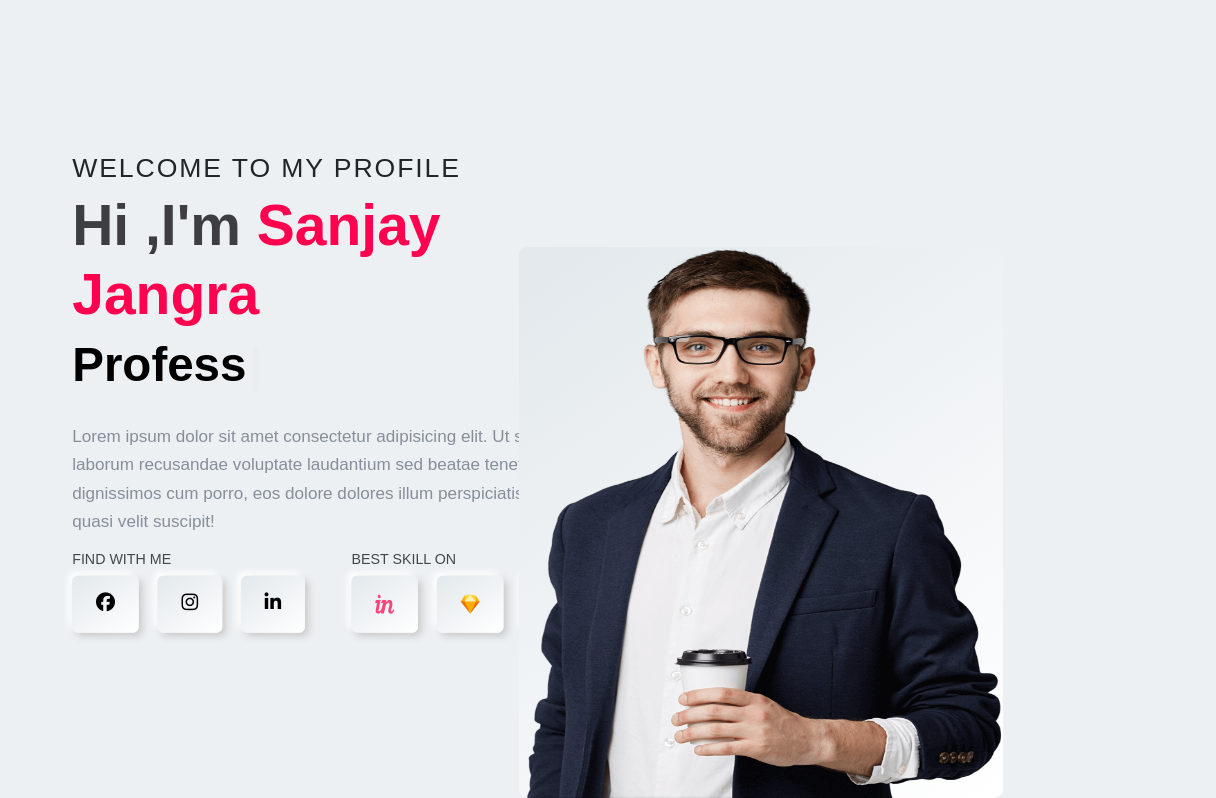
Repository: Sanjayjangra88/PortFolio
Page: /
An editor plug-in stored every save of this project. The page is shown before and after the next save, followed by the edit.
The browser window is 1280 px wide. The pictures show the whole page, at 95% of full size.
Some web libraries are served in a nearby version. The project was rebuilt for these pictures with package versions that can differ from the ones it lists, and the page was loaded fresh each time. Also part of the build but not shown: src/Components/Header/Header.jsx.

Above is the page before, as saved 2022-09-10 21:11:24.

### public/index.html
<!DOCTYPE html>
<html lang="en">
  <head>
    <meta charset="utf-8" />
    <link rel="icon" href="%PUBLIC_URL%/favicon.ico" />
    <meta name="viewport" content="width=device-width, initial-scale=1" />
    <meta name="theme-color" content="#000000" />
    <meta
      name="description"
      content="Web site created using create-react-app"
    />
    <link rel="apple-touch-icon" href="%PUBLIC_URL%/logo192.png" />
    <!--
      manifest.json provides metadata used when your web app is installed on a
      user's mobile device or desktop. See https://developers.google.com/web/fundamentals/web-app-manifest/
    -->
    <link rel="manifest" href="%PUBLIC_URL%/manifest.json" />
    <link rel="stylesheet" href="https://cdnjs.cloudflare.com/ajax/libs/font-awesome/6.1.1/css/all.min.css" integrity="sha512-KfkfwYDsLkIlwQp6LFnl8zNdLGxu9YAA1QvwINks4PhcElQSvqcyVLLD9aMhXd13uQjoXtEKNosOWaZqXgel0g==" crossorigin="anonymous" referrerpolicy="no-referrer" />

    <!--
      Notice the use of %PUBLIC_URL% in the tags above.
      It will be replaced with the URL of the `public` folder during the build.
      Only files inside the `public` folder can be referenced from the HTML.

      Unlike "/favicon.ico" or "favicon.ico", "%PUBLIC_URL%/favicon.ico" will
      work correctly both with client-side routing and a non-root public URL.
      Learn how to configure a non-root public URL by running `npm run build`.
    -->

    <link rel="manifest" href="%PUBLIC_URL%/manifest.json" />
    <link href="https://cdn.jsdelivr.net/npm/bootstrap@5.0.2/dist/css/bootstrap.min.css" rel="stylesheet" integrity="sha384-EVSTQN3/azprG1Anm3QDgpJLIm9Nao0Yz1ztcQTwFspd3yD65VohhpuuCOmLASjC" crossorigin="anonymous">
    <title>React App</title>
  </head>
  <body>
    <noscript>You need to enable JavaScript to run this app.</noscript>
    <div id="root"></div>
    <script src="https://kit.fontawesome.com/7578c5a215.js" crossorigin="anonymous"></script>
    <!--
      This HTML file is a template.
      If you open it directly in the browser, you will see an empty page.

      You can add webfonts, meta tags, or analytics to this file.
      The build step will place the bundled scripts into the <body> tag.

      To begin the development, run `npm start` or `yarn start`.
      To create a production bundle, use `npm run build` or `yarn build`.
    -->

    <script src="https://cdn.jsdelivr.net/npm/@popperjs/core@2.9.2/dist/umd/popper.min.js" integrity="sha384-IQsoLXl5PILFhosVNubq5LC7Qb9DXgDA9i+tQ8Zj3iwWAwPtgFTxbJ8NT4GN1R8p" crossorigin="anonymous"></script>
<script src="https://cdn.jsdelivr.net/npm/bootstrap@5.0.2/dist/js/bootstrap.min.js" integrity="sha384-cVKIPhGWiC2Al4u+LWgxfKTRIcfu0JTxR+EQDz/bgldoEyl4H0zUF0QKbrJ0EcQF" crossorigin="anonymous"></script>
  </body>
</html>

### src/App.js
import React from 'react'
import Header from './Components/Header/Header';
import "./App.css"
import Home from './Components/Home/Home';
const App = () => {
  return (
    <>
      {/* <Header/> */}
      <Home/>
    </>
  )
}

export default App

### src/App.css
@import url('https://fonts.googleapis.com/css2?family=Dancing+Script&family=EB+Garamond:ital,wght@1,500&family=Roboto+Slab:wght@300&display=swap');
* {
  padding: 0;
  margin: 0;
  box-sizing: border-box;
}
html {
  scroll-behavior: smooth;
}
body {
  font-family: "Poppins", sans-serif;
  background-color: #ecf0f3;
}
.container {
  max-width: 95%;
  margin: auto;
}
.d_flex {
  display: flex;
  justify-content: space-between;
}
.f_flex {
  display: flex;
}
a {
  text-decoration: none;
  color: black;
}
li {
  list-style: none;
}
.uppercase {
  text-transform: uppercase;
}
.capitalize {
  text-transform: capitalize;
}

button {
  border: none;
  outline: none;
  background-color: none;
}

.btn_shadow {
  padding: 18px 25px;
  border-radius: 6px;
  transition: 0.3s all ease;
  cursor: pointer;
  color: #000;
  transition: 0.5s;
}
.btn_shadow {
  background: linear-gradient(145deg, #e2e8ec, #ffffff);
  box-shadow: 4px 4px 8px #cbcbcb, -4px -4px 8px #ffffff;
}
.btn_shadow:hover {
  background: #ff014f;
  color: white;
  transform: translateY(-10px);
}
.box_shodow {
  background: linear-gradient(145deg, #e2e8ec, #ffffff);
  box-shadow: 4px 4px 8px #cbcbcb, -4px -4px 8px #ffffff;
  border-radius: 10px;
}
.row,
.left,
.right {
  width: 50%;
}
.top {
  margin-top: 80px;
}
.mtop {
  margin-top: 40px;
}
.heading {
  margin: 50px 0 50px 0;
}
.heading h4 {
  color: #ff014f;
  letter-spacing: 2px;
  font-weight: 400;
}
.heading h1 {
  font-size: 60px;
  color: #3c3e41;
}
h1 {
  color: #3c3e41;
}
.grid {
  display: grid;
  grid-template-columns: repeat(3, 1fr);
  grid-gap: 35px;
}
p {
  color: #3c3e41;
}
.text-center {
  text-align: center;
}
.primary_color {
  color: #ff014f;
}
textarea,
input {
  width: 100%;
  padding: 20px;
  border-radius: 5px;
  outline: none;
  border: 3px solid #e2e8ec;
  margin-bottom: 20px;
}
/*----------Footer---------*/
footer {
  margin: 20% 0 10% 0;
}
footer p {
  margin-top: 30px;
}
/*----------Footer---------*/
@media (max-width: 768px) {
  .grid {
    grid-template-columns: repeat(2, 1fr);
  }
  .left,
  .right {
    width: 100%;
  }
  }

### src/Components/Home/Home.jsx
import React from 'react'
import skill1 from '../Pic/skill1.png'
import skill2 from '../Pic/skill2.png'
import skill3 from '../Pic/skill3.png'
import hero from '../Pic/hero.png'
import './home.css'
import { Typewriter} from 'react-simple-typewriter'

const Home = () => {
  return (
    <>
      <section className='hero'id='home'>
        <div className="container f_flex top">
            <div className="left top">
                <h3>WELCOME TO MY PROFILE</h3>
                <h1>Hi ,I'm <span>Sanjay Jangra</span></h1>
                <h2>
                    <span>
                    <Typewriter
            words={['Web Developer', 'Professional Coder']}
            loop
            cursor
            cursorStyle='|'
            typeSpeed={70}
            deleteSpeed={50}
            delaySpeed={1000}
            // onLoopDone={handleDone}
            // onType={handleType}
            />
                        </span></h2>
                        <p>
Lorem ipsum dolor sit amet consectetur adipisicing elit. Ut sint a laborum recusandae voluptate laudantium sed beatae tenetur dignissimos cum porro, eos dolore dolores illum perspiciatis. Vero quasi velit suscipit!
                        </p>
                        <div className='hero_btn d_flex'>
                            <div className="col_1">
                                <h4>FIND WITH ME</h4>
                                <div className="button">
                                    <button className='btn_shadow'>
                                        <i className='fab fa-facebook'></i>
                                    </button>
                                    <button className='btn_shadow'>
                                        <i className='fab fa-instagram'></i>
                                    </button>
                                    <button className='btn_shadow'>
                                        <i className='fab fa-linkedin-in'></i>
                                    </button>
                                </div>
                            </div>
                            <div className="col_1">
                                <h4>BEST SKILL ON</h4>
                                <button className='btn_shadow'>
                                        <img src={skill1}alt=''/>
                                    </button>
                                <button className='btn_shadow'>
                                        <img src={skill2}alt=''/>
                                    </button>
                                <button className='btn_shadow'>
                                        <img src={skill3}alt=''/>
                                    </button>
                            </div>
                        </div>
            </div>
            <div className="right">
                <div className="right_img">
                    <img src={hero}alt=''/>
                </div>
            </div>
        </div>
      </section>
    </>
  )
}

export default Home

### src/Components/Header/header.css

*,
*::after,
*::before{
    box-sizing: border-box;
    padding: 0;
    margin: 0;
}

.html{
    font-size: 62.5%;
}

.navbar input[type="checkbox"],
.navbar .hamburger-lines{
    display: none;
}

.container{
    max-width: 1200px;
    width: 90%;
    margin: auto;
}

.navbar{
    box-shadow: 0px 5px 10px 0px #aaa;
    position: fixed;
    width: 100%;
    background: #FAA7B8;
    color: #000;
    opacity: 0.85;
    z-index: 100;
}

.navbar-container{
    display: flex;
    justify-content: space-between;
    height: 64px;
    align-items: center;
}

.menu-items{
    margin-top: 15px;
    order: 2;
    display: flex;
}
.logo{
    order: 1;
    font-size: 2.3rem;
    margin-bottom: 5px;
}

.menu-items li{
    list-style: none;
    margin-left: 1.5rem;
    font-size: 1.3rem;
}

.navbar a{
    color: #444;
    text-decoration: none;
    font-weight: 500;
    transition: color 0.3s ease-in-out;
}

.navbar a:hover{
    color: #117964;
}
.home-btn:hover {
  background: #ff014f;
  color: white;
}


.home-btn {
  padding: 18px 25px;
  height: 1vh;
  line-height: 1vh;
  font-size: 13px;
  border-radius: 6px;
  transition: 0.3s all ease;
  cursor: pointer;
  height: fit-content;
  color: #ff014f;

}
.home-btn {
  background: linear-gradient(145deg, #e2e8ec, #ffffff);
  box-shadow: 4px 4px 8px #cbcbcb, -4px -4px 8px #ffffff;
}
navbar {
  transition: 0.5s;
  font-size: 13px;
  font-weight: 500;
  letter-spacing: 2px;
}





@media (max-width: 900px){
    .navbar{
        opacity: 0.95;
    }

    .navbar-container input[type="checkbox"],
    .navbar-container .hamburger-lines{
        display: block;
    }

    .navbar-container{
        display: block;
        position: relative;
        height: 64px;
    }

    .navbar-container input[type="checkbox"]{
        position: absolute;
        display: block;
        height: 32px;
        width: 30px;
        top: 20px;
        left: 20px;
        z-index: 5;
        opacity: 0;
        cursor: pointer;
    }

    .navbar-container .hamburger-lines{
        display: block;
        height: 28px;
        width: 35px;
        position: absolute;
        top: 20px;
        left: 20px;
        z-index: 2;
        display: flex;
        flex-direction: column;
        justify-content: space-between;
    }

    .navbar-container .hamburger-lines .line{
        display: block;
        height: 4px;
        width: 100%;
        border-radius: 10px;
        background: #333;
    }

    .navbar-container .hamburger-lines .line1{
        transform-origin: 0% 0%;
        transition: transform 0.3s ease-in-out;
    }

    .navbar-container .hamburger-lines .line2{
        transition: transform 0.2s ease-in-out;
    }

    .navbar-container .hamburger-lines .line3{
        transform-origin: 0% 100%;
        transition: transform 0.3s ease-in-out;
    }

    .navbar .menu-items{
        padding-top: 100px;
        background: #fff;
        height: 100vh;
        max-width: 300px;
        transform: translate(-150%);
        display: flex;
        flex-direction: column;
        margin-left: -40px;
        padding-left: 40px;
        transition: transform 0.5s ease-in-out;
        box-shadow:  5px 0px 10px 0px #aaa;
        overflow: scroll;
    }

    .navbar .menu-items li{
        margin-bottom: 1.8rem;
        font-size: 1.1rem;
        font-weight: 500;
    }

    .logo{
        position: absolute;
        top: 10px;
        right: 15px;
        font-size: 2.5rem;

    }

    .navbar-container input[type="checkbox"]:checked ~ .menu-items{
        transform: translateX(0);
    }

    .navbar-container input[type="checkbox"]:checked ~ .hamburger-lines .line1{
        transform: rotate(45deg);
    }

    .navbar-container input[type="checkbox"]:checked ~ .hamburger-lines .line2{
        transform: scaleY(0);
    }

    .navbar-container input[type="checkbox"]:checked ~ .hamburger-lines .line3{
        transform: rotate(-45deg);
    }
    .home-btn:hover {
      background: #ff014f;
      color: white;

    }


    .home-btn {
      padding: 18px 25px;
      height: 1vh;
      line-height: 1vh;
      font-size: 13px;
      border-radius: 6px;
      transition: 0.3s all ease;
      cursor: pointer;
      height: fit-content;
      color: #ff014f;
      margin-right: 25px;

    }
    .home-btn {
      background: linear-gradient(145deg, #e2e8ec, #ffffff);
      box-shadow: 4px 4px 8px #cbcbcb, -4px -4px 8px #ffffff;
    }

}

@media (max-width: 500px){
    .navbar-container input[type="checkbox"]:checked ~ .logo{
        display: none;
    }
}
.demo{
  height: 300vh;
}

### src/Components/Home/home.css
.hero{
    position: relative;

}
.hero h3{
    font-weight: 100;
    letter-spacing: 2px;
}
.hero h1{
    font-size: 60px;
    font-weight: bold;
}
.hero h1 span{
    color: #ff014f;
}
.hero h2{
    font-size: 50px;
    font-weight: bold;
    color: #ff014f;
}
.hero h2 span{
    color: black;
}
.hero p{
    color:#878e99;
    font-size: 18px;
    line-height: 30px;
    margin-top: 30px;
}
/* .hero_btn{
    <element class="hero_btn">
    Selector Specificity:(0,1,0)
} */

.hero_btn h4{
    font-weight: 500;
    letter-spacing: px;
    color: #43474b;
    font-size: 15px;
    margin: 30pz 0 30px 0;

}
.hero_btn button{
    margin-right: 20px;
}
.hero_btn i{
    font-size: 20px;
}
.hero_btn button img{
    width: 20px;
    height: 20px;
   }
   .hero .left{
    margin-right: 10px;
   }
.hero .right{
    width: 40%;
    position: relative;
    }
.hero .right img{
    background: linear-gradient(145deg ,#e2e8ec , #ffffff);
    box-shadow: 4px 4px 8px #cbcbcb .4ox -4px 8px #ffffff;
    border-radius: 10px;
    height: 580px;
    width: 510px;
    margin-top: 40%;
    margin-left: 40%;
}
.hero .right_img img{
    position: absolute;
    top: 0;
    right: 10%;
    width: 510px;
    margin-left: 50px;
}

Loaded but not shown: src/index.js (common file); src/index.css (common file); src/reportWebVitals.js (common file)

After the next save:
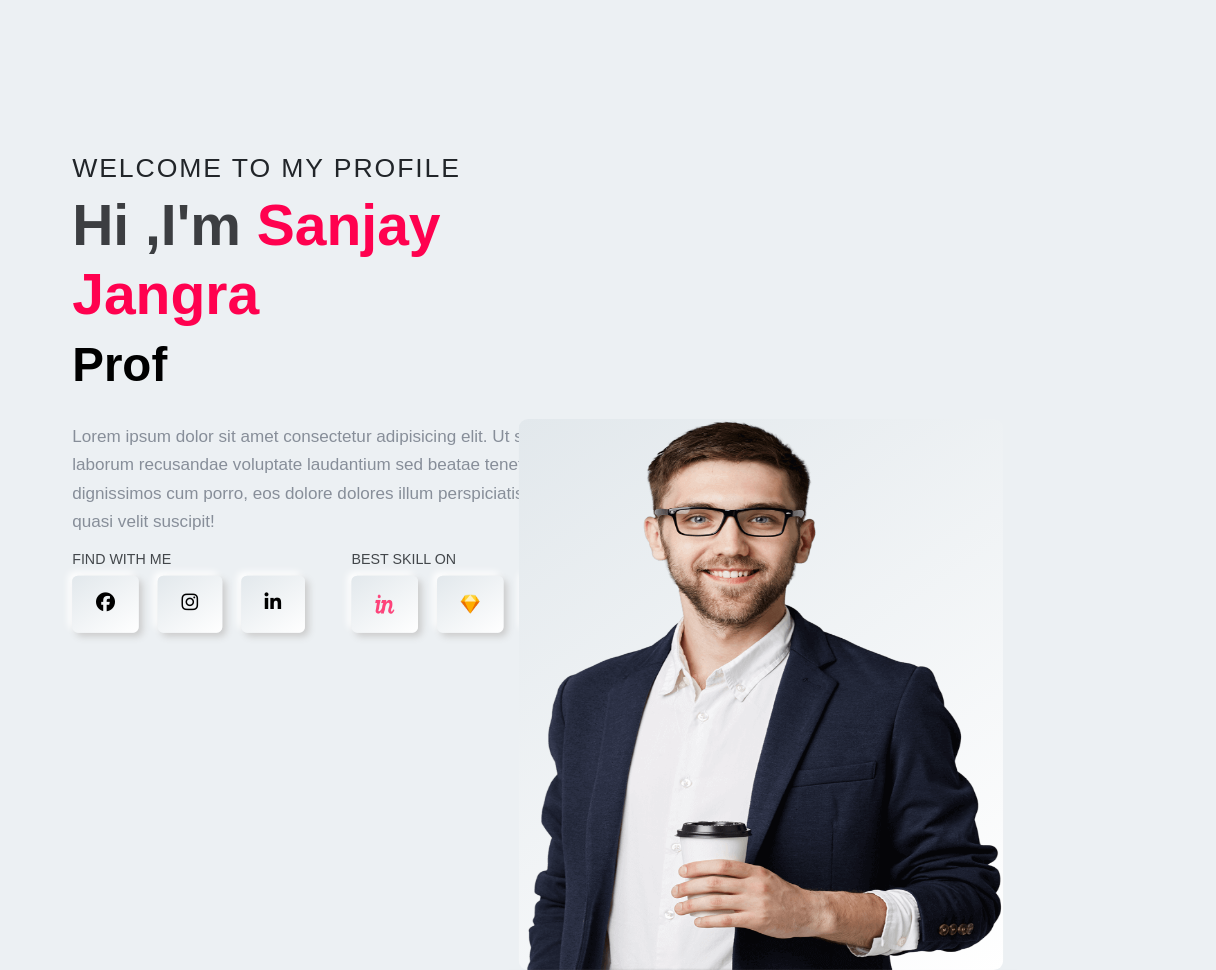
Saved 8 s later.
--- a/src/Components/Home/home.css
+++ b/src/Components/Home/home.css
@@ -63,7 +63,7 @@
     border-radius: 10px;
     height: 580px;
     width: 510px;
-    margin-top: 40%;
+    margin-top: 80%;
     margin-left: 40%;
 }
 .hero .right_img img{
